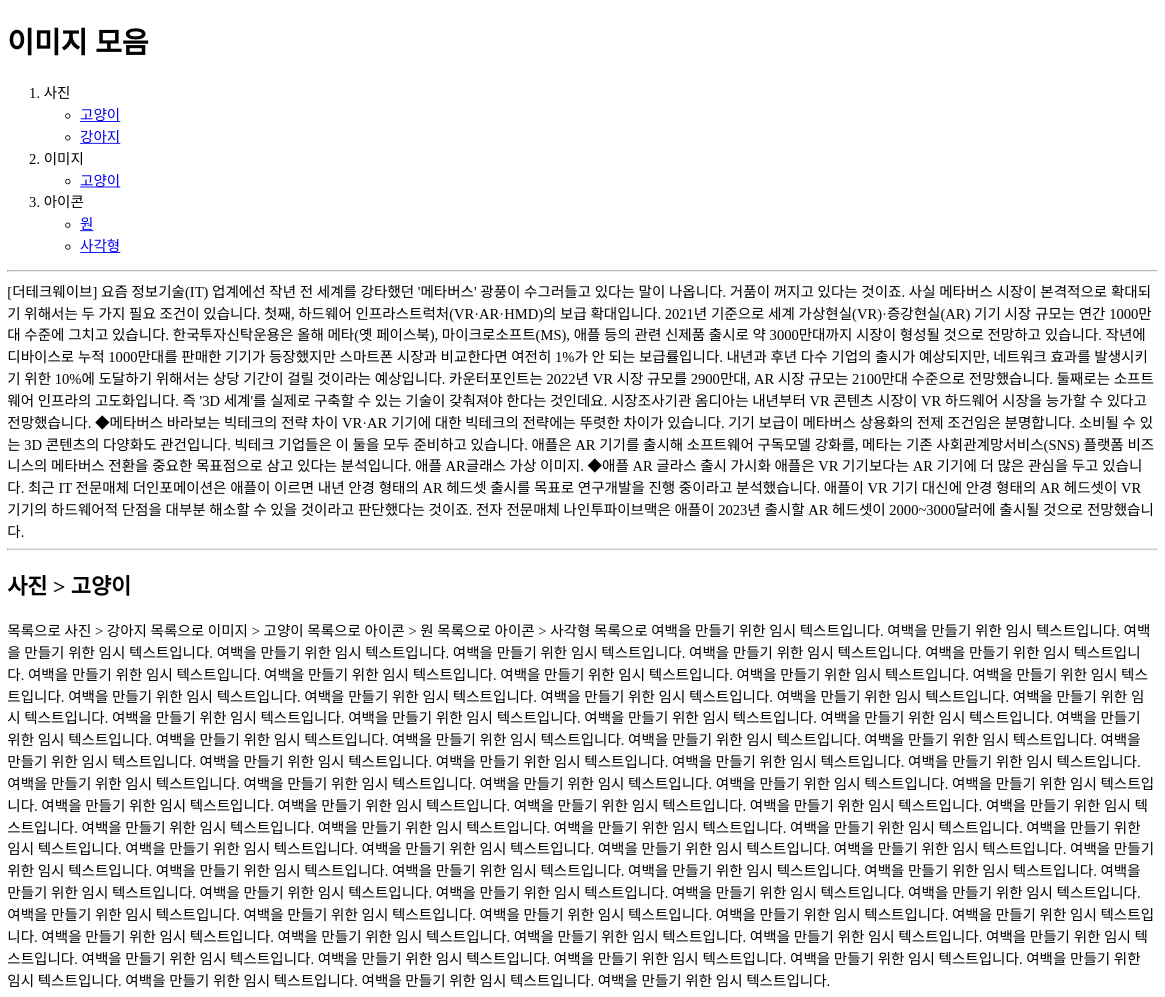
Repository: chanjin5212/Full-Stack-study
Page: client/ClientTest/src/main/webapp/html/htmlquestion/Q08.html
The author's editor kept a copy of each file at every save. The page is drawn from the files as they stood at one save, then again after the next save.
The browser window is 1280 px wide. The pictures show the whole page, at 91% of full size.

Above is the page before, as saved 2022-05-24 04:05:00.

After the next save:
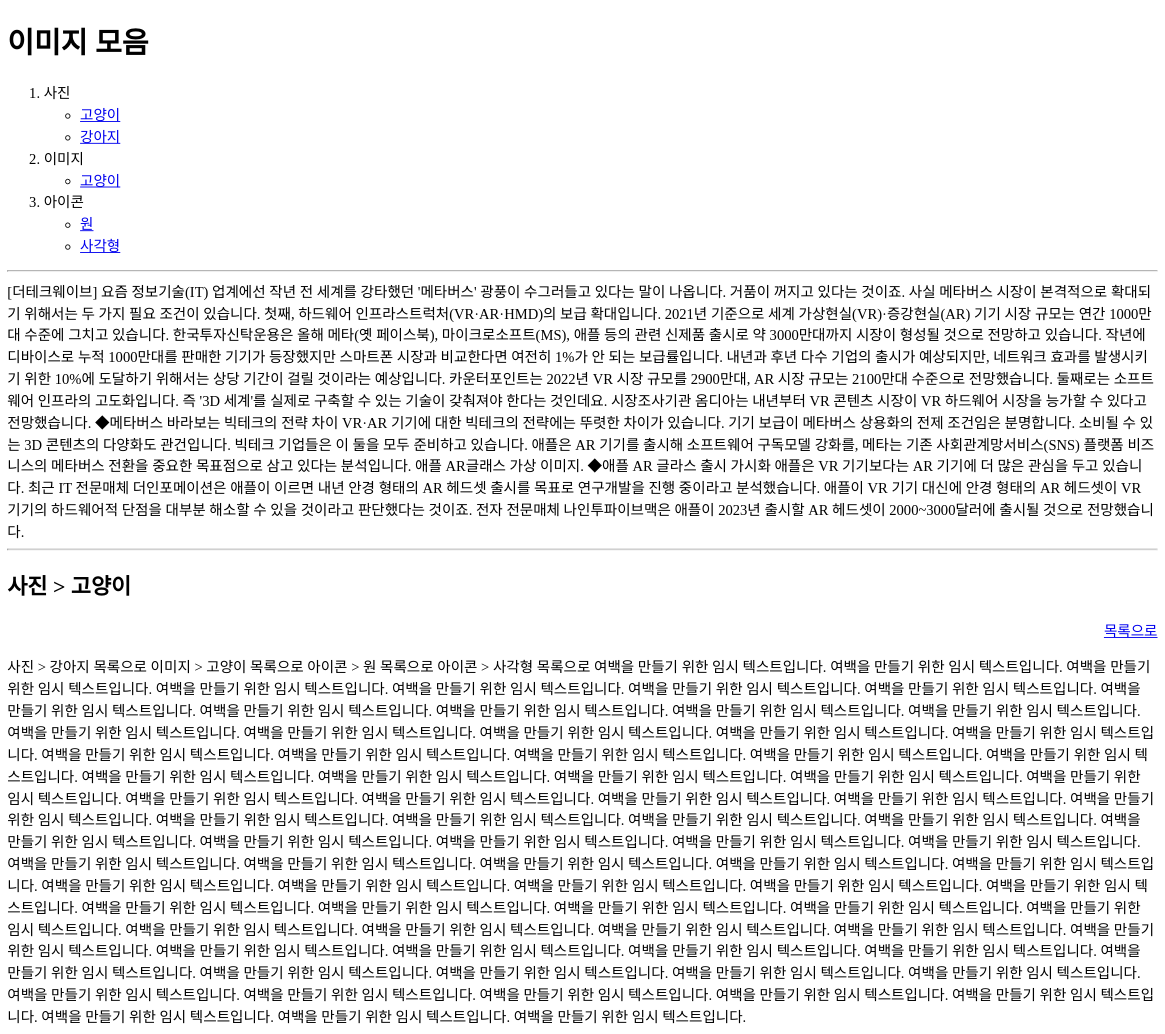
Saved 86 s later.
--- a/client/ClientTest/src/main/webapp/html/htmlquestion/Q08.html
+++ b/client/ClientTest/src/main/webapp/html/htmlquestion/Q08.html
@@ -30,7 +30,7 @@
 <hr>
 <h2>사진 > 고양이</h2>
 
-목록으로
+<p align="right"><a href="#list">목록으로</a></p>
 
 사진 > 강아지
 
